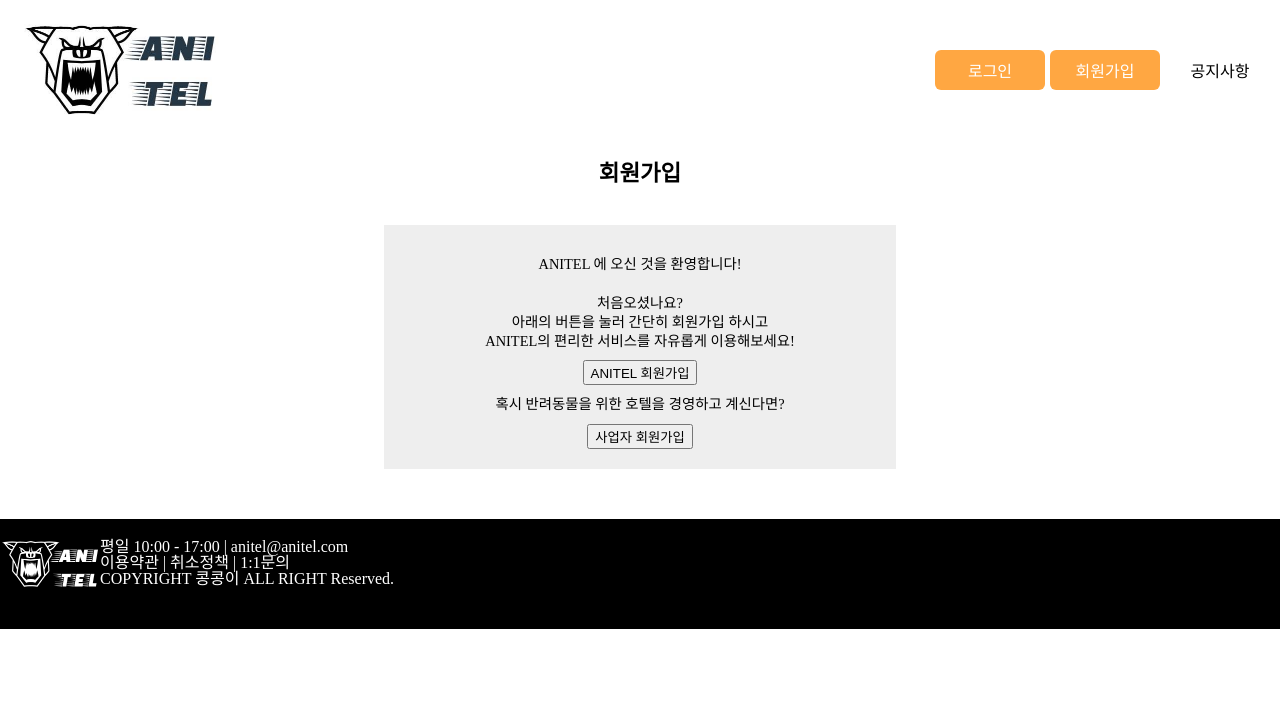
Repository: bangms/anitel
Page: http://localhost/anitel/anitel/member/signIn.jsp
These files come from the project's save history. The page is drawn as it stood at one moment and after the next save; the edit follows.
The browser window is 1280 px wide. The pictures show the whole page.
The page is served by Tomcat 9. Other server files are loaded and not shown.

Above is the page before, as saved 2021-06-30 16:12:31.

### workspace/anitel/WebContent/anitel/member/signIn.jsp
<%@ page language="java" contentType="text/html; charset=UTF-8"
    pageEncoding="UTF-8"%>
<!DOCTYPE html>
<html>
<head>
	<meta charset="UTF-8">
	<title>Insert title here</title>
	<link rel="stylesheet" href="style/style.css">
	<link rel="stylesheet" href="style/reset.css">
</head>
<body>
<div id="container">
	<div id="header">
		<div id="logo">
			<img src="imgs/logo.jpg" width="200px" height="100px">
		</div>
		<div id="button">
			<button id="notice">공지사항</button>
			<button id="signin">회원가입</button>
			<button id="login">로그인</button>
		</div>
	</div>
	<div id="signup_wrap">
    <h1 align="center">회원가입</h1>
		<div class="box_wrap">
			<p class="txt1"> ANITEL 에 오신 것을 환영합니다! </p>
			<p class="txt2"> 처음오셨나요?<br />
			아래의 버튼을 눌러 간단히 회원가입 하시고 <br />
			ANITEL의 편리한 서비스를 자유롭게 이용해보세요!
			</p>
			<button class="btn_user_signup" onclick="window.location='signInUserForm.jsp'">ANITEL 회원가입</button>
			<p> 혹시 반려동물을 위한 호텔을 경영하고 계신다면?</p>
			<button class="btn_mem_signup" onclick="window.location='signInMemberForm.jsp'">사업자 회원가입</button>
		</div>
   </div>

  <!-- 여기서부터 푸터입니다. 일단  DON't Touch !!!!!  -->
		<div id="footer">
			 <img src="imgs/logo2.png" width=100px; height=50px;>
			 <p> 평일 10:00 - 17:00 | anitel@anitel.com <br/>
			 이용약관 | 취소정책 | 1:1문의 <br/>
				COPYRIGHT 콩콩이 ALL RIGHT Reserved.</p>
			</div>
  </div>
</body>
</html>

### workspace/anitel/WebContent/anitel/member/style/style.css
 /* 공통 */
 html, body {
 	height: 100%;
 	width: 100%;
 }

#container {
  width: 100%;
}

#header {
	width: 100%;
  height: 140px;
	top:0;
	left: 0;
	background-color:white;
	display:inline-block;
}

#logo {
	width: 300px;
	height:100px;
	padding: 20px;
	float:left;
}

#button {
	height:140px;
	float:right;
}

#button > button {
	margin-top: 50px;
	border: none;
	border-radius: 6px;
 	width: 110px;
 	height:40px;
 	font-size: 16px;
 	cursor: pointer;
	color:white;
	float : right;
	margin-right: 5px;
	background-color:#FFA742;
}


#button button#notice{
	background-color: #fff;
	color:black;
}

#button button:hover{
	background-color:#FF822B !important;
	color:#fff !important;
}

#footer {
	height:70px;
	width:100%;
	background-color:black;
	color:white;
	padding: 20px 0;
	margin-top: 50px;
}

/* + 추가로 footer 글부분 수정 필요함 */

    p{
    	margin-top:10px;
    	font-size: 13px;
    	margin-left : 200px;

    }
    img {
    	float:left;
    	padding: 20px;
    	margin-top:-15px;
    	margin-left:40px;
    }


/* 회원가입 선택 */
#signup_wrap {
	width: 40%;
	margin: 0 auto;
}

#signup_wrap h1 {
	font-size: 1.4em;
	font-weight: bold;
	padding: 20px 0;
}

.box_wrap {
	background-color: #eee;
	margin-top: 20px;
	padding: 20px;
	font-size: 0.9em;
	text-align: center;
}
.box_wrap p {
	padding: 10px 0;
	line-height: 1.3em;
}

#signup_wrap > button {
	height: 40px;
  width: 80%;
  margin: 10px 0;
  background-color: #FFA742;
  cursor: pointer;
  color: white;
  border: none;
  border-radius: 6px;
}

/* 사업자 회원가입 form */

.hidden {
	display:none;
}

.show {
	display:block;
}


/* 로그인 form */
.login_wrap {
width : 500px;
margin: 0 auto;
margin-bottom: 30px;
background-color: #fff;
}

.sel_wrap {
width: 100%;
height: 85px;
background: #999;
margin-bottom: 50px;
}

.login {
height: 70px;
float: left;
margin-top: 15px;
cursor: pointer;
color: black;
font-size:18px;
line-height: 70px;
}

.memberLogin {
width: 50%;
background: #999;
}

.userLogin {
width: 50%;
background: white;
}


.input {
width: 80%;
border: 1px solid gray;
padding: 10px 0;
border-radius: 10px;
margin-bottom: 10px;
}

.input_wrap {
margin-top: 10px;
}
.input_wrap > input {
background-color: transparent;
}

.btn_wrap {
width: 80%;
margin: 20px auto;
color: black;
}

.btn_wrap button {
width: 100%;
margin: 0 auto;
padding: 10px 0;
border-radius: 10px;
height: 40px;
margin-bottom: 10px;
cursor: pointer;
border: 0;
color:black;
}

button.btn_login {
  background-color: #555;
  color:white;
}

.btn_wrap > label {
  display: inline-flex;
}

Loaded but not shown: workspace/anitel/WebContent/anitel/member/style/reset.css (common file)

After the next save:
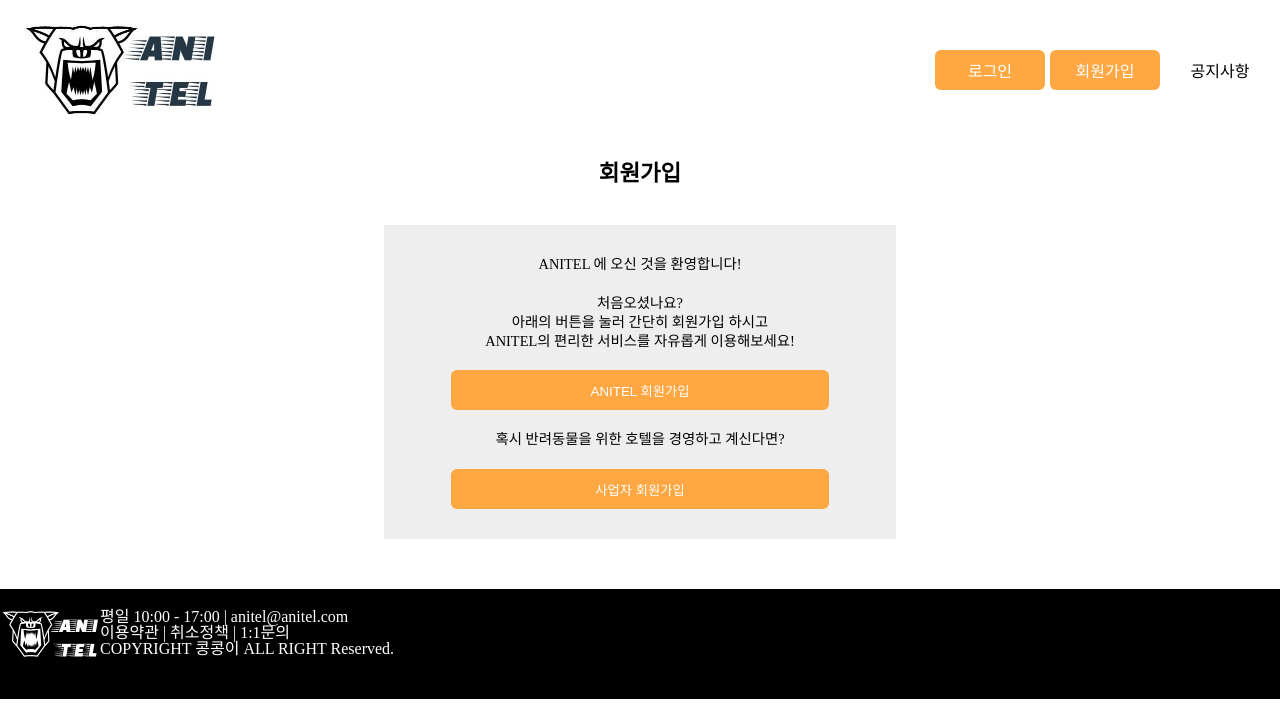
Saved 8 s later.
--- a/workspace/anitel/WebContent/anitel/member/style/style.css
+++ b/workspace/anitel/WebContent/anitel/member/style/style.css
@@ -103,7 +103,7 @@
 	line-height: 1.3em;
 }
 
-#signup_wrap > button {
+.box_wrap > button {
 	height: 40px;
   width: 80%;
   margin: 10px 0;
